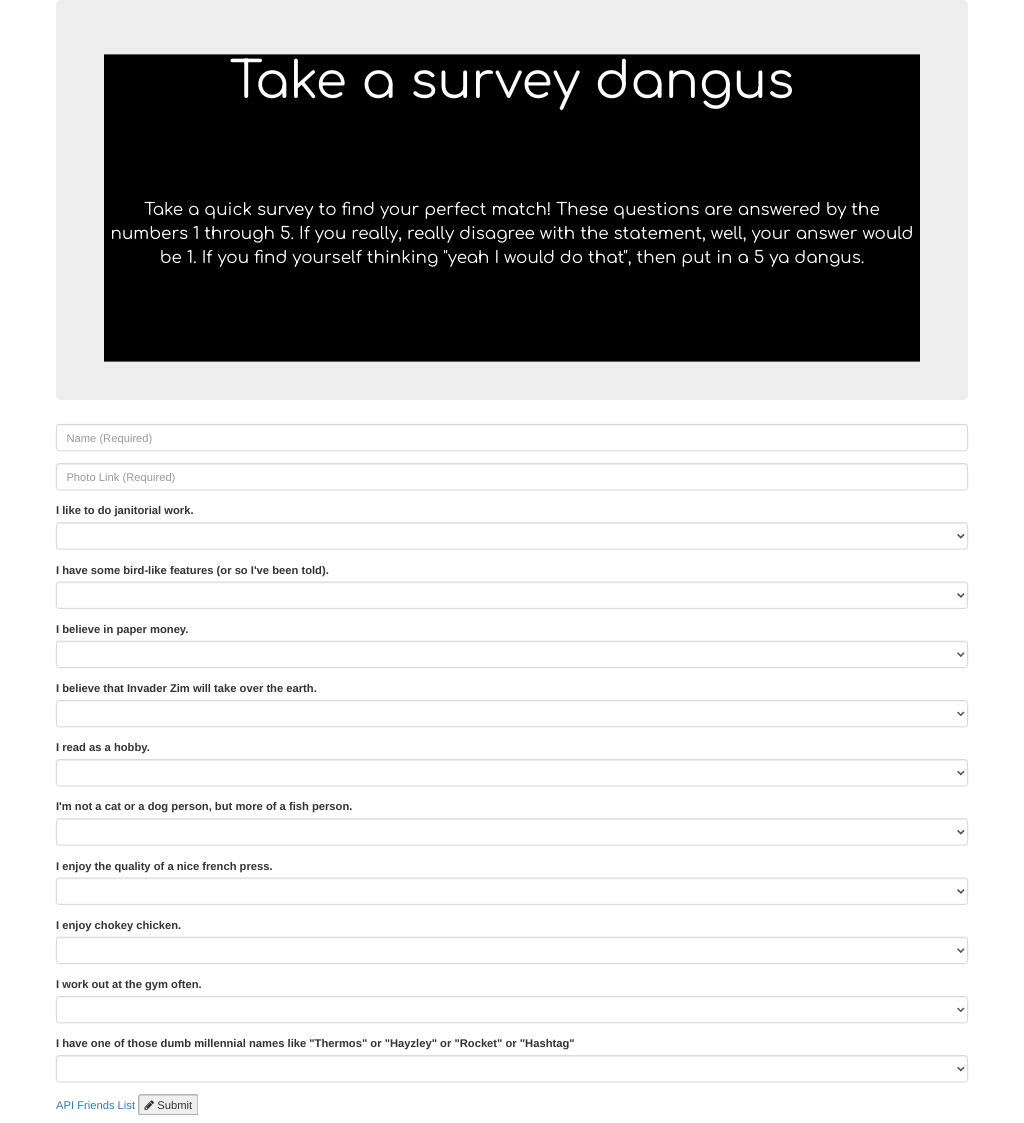
Repository: kcummings1/Mate-Matcher
Page: public/survey.html
An editor plug-in stored every save of this project. The page is shown before and after the next save, followed by the edit.
The browser window is 1280 px wide. The pictures show the whole page, at 80% of full size.
Some web fonts or font styles are not loaded; a fallback is used. Some web libraries are served in a nearby version.

Above is the page before, as saved 2019-10-06 22:26:07.

After the next save:
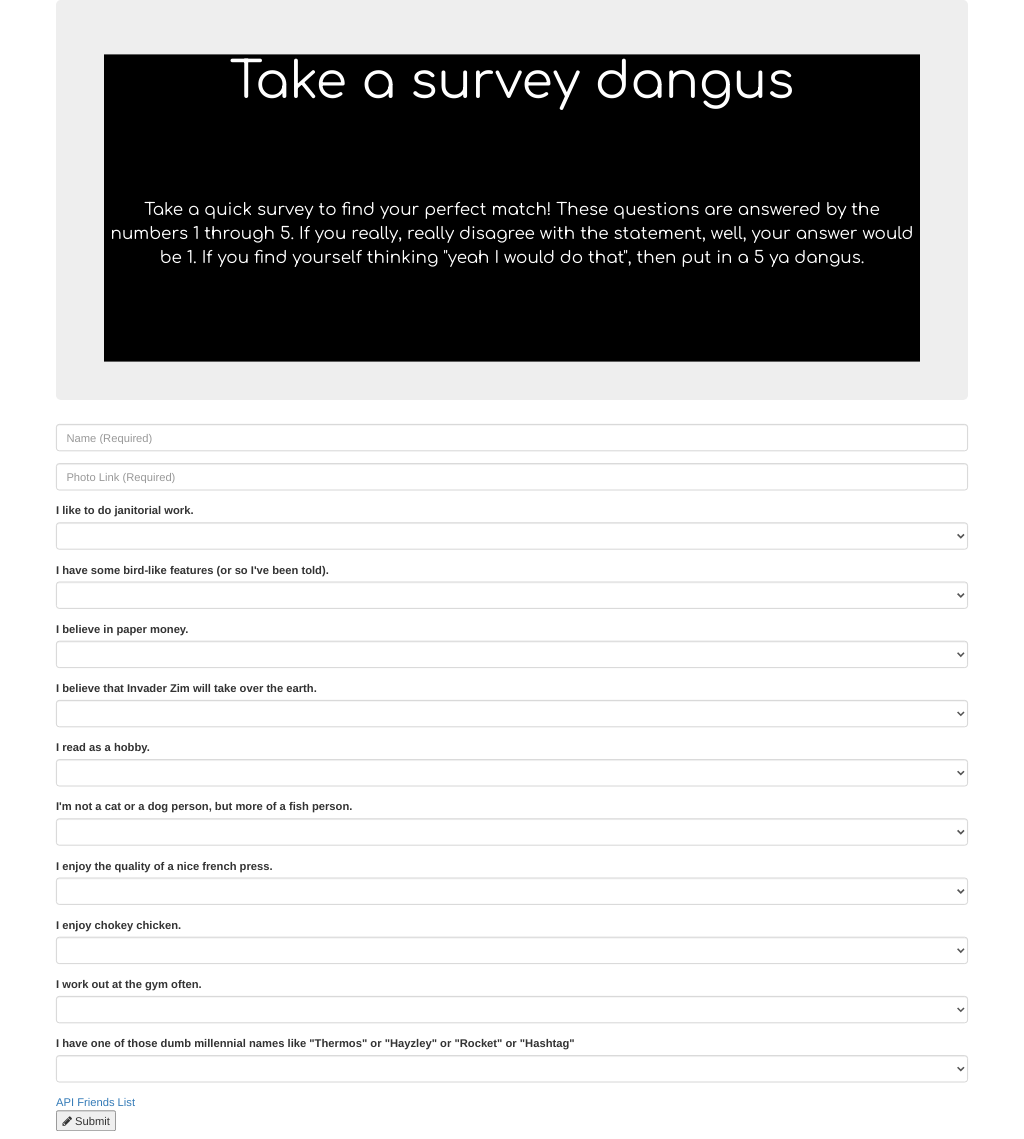
Saved 18 s later.
--- a/public/survey.html
+++ b/public/survey.html
@@ -151,7 +151,7 @@
         </form>
 
         <p>
-            <a href =" /api/friends"> API Friends List</a>
+            <a href =" /api/friends"> API Friends List</a><br>
 
         <button type="submit" id="submit"><i class="fa fa-pencil survey-button"></i>
             Submit</button>
